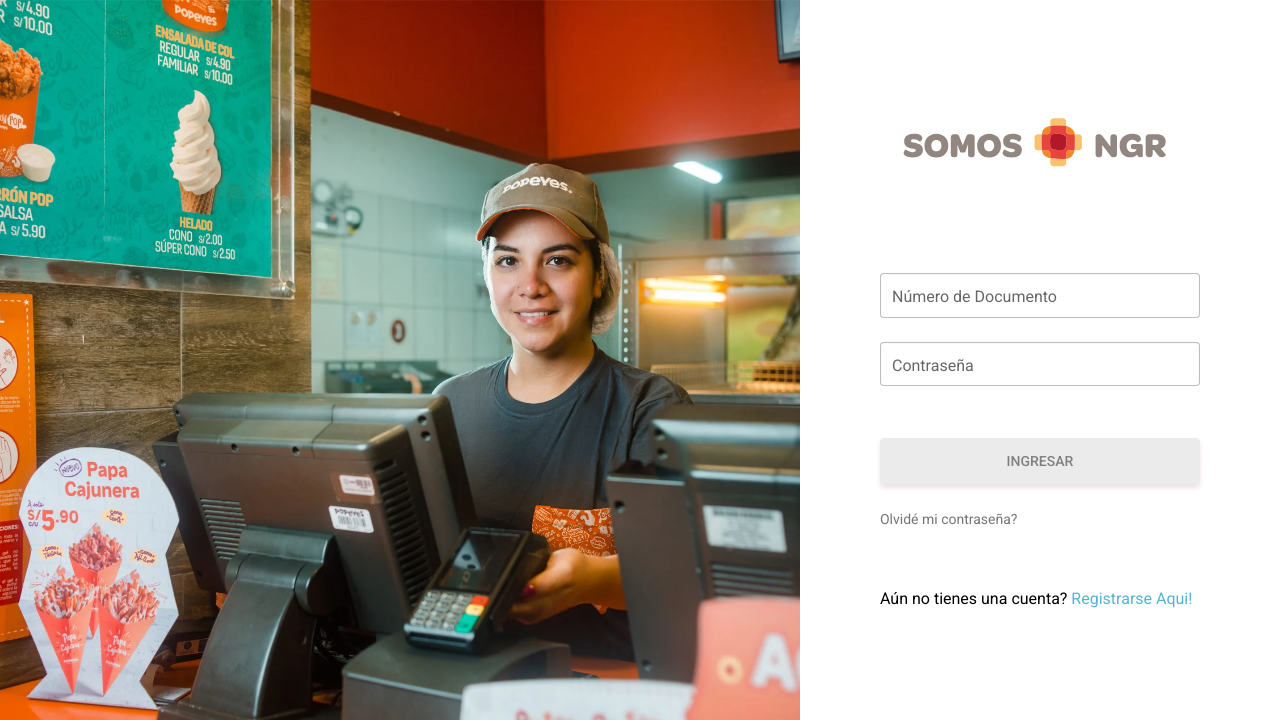
Repository: igmeMarcial/ProyectoLP-2023
Page: http://localhost/proyectoLP_2023/
These files come from the project's save history. The page is drawn as it stood at one moment and after the next save; the edit follows.
The browser window is 1280 px wide. The pictures show the whole page.
Some web libraries are served in a nearby version. The page is served by Tomcat 9. Other server files are loaded and not shown.

Above is the page before, as saved 2023-03-18 18:07:26.

### proyectoLP_2023/WebContent/index.jsp

<%@ page language="java" contentType="text/html; charset=ISO-8859-1"
    pageEncoding="ISO-8859-1"%>
<!DOCTYPE html>
<html lang="en">
<head>
    <meta charset="UTF-8">
    <meta http-equiv="X-UA-Compatible" content="IE=edge">
    <meta name="viewport" content="width=device-width, initial-scale=1.0">
    <link rel="icon" type="image/x-icon" href="favicon.ico">
    <link rel="preconnect" href="https://fonts.googleapis.com">
	<link rel="preconnect" href="https://fonts.gstatic.com" crossorigin>
	<link href="https://fonts.googleapis.com/css2?family=Poppins:wght@400;500;600;700&display=swap" rel="stylesheet">
	<!-- Font Awesome -->
	<link
	  href="https://cdnjs.cloudflare.com/ajax/libs/font-awesome/6.0.0/css/all.min.css"
	  rel="stylesheet"
	/>
	<!-- Google Fonts -->
	<link
	  href="https://fonts.googleapis.com/css?family=Roboto:300,400,500,700&display=swap"
	  rel="stylesheet"
	/>
	<link
	  href="https://cdnjs.cloudflare.com/ajax/libs/mdb-ui-kit/6.2.0/mdb.min.css"
	  rel="stylesheet"
	/>
	<title>SomosNGR</title>
	<link rel="stylesheet" type="text/css" href="./css/login.css" />
</head>
<body>
<section class="vh-100">
  	<div class="container-fluid p-0">
    <div class="row-login vh-100 ">
	   <div class="w-100 img-login  text-center">
	        <img src="./img/DSC_0005.webp"
	          alt="Login image" class="w-100 vh-100" style="object-fit: cover; object-position: center;">
	   </div>
      <div class="text-black">

        <div class="px-5 text-center mb-5">
          <img alt="logo" class="logo-app mt-4 mb-4  ng-lazyloaded" src="./img/logo-somosngr.svg">
        </div>

        <div class="d-flex align-items-center justify-content-center h-custom-2 px-5  mt-5 pt-5 pt-xl-0  ">

          <form style="width: 20rem;">

            <h3 class="fw-normal mb-3 pb-3" style="letter-spacing: 1px;"></h3>

            <div class="form-outline mb-4">
              <input type="email" id="input-custom" class="form-control form-control-lg " />
              <label class="form-label" for="form2Example18">Número de Documento</label>
            </div>

            <div class="form-outline mb-5">
              <input type="password" id="input-custom" class="form-control form-control-lg nput-custom"" />
              <label class="form-label" for="form2Example28">Contraseña</label>
            </div>

            <div class="pt-1 mb-4">
              <button class="btn  btn-lg btn-block btn-login" type="submit">Ingresar</button>
            </div>

            <p class="small mb-5 pb-lg-2"><a class="text-muted" href="#!">Olvidé mi contraseña?</a></p>
            <p class="createNewLink">Aún no tienes una cuenta?<a href="#!" class="link-info"> Registrarse Aqui!</a></p>

          </form>

        </div>

      </div>

    </div>
  </div>

</section>

<script
  type="text/javascript"
  src="https://cdnjs.cloudflare.com/ajax/libs/mdb-ui-kit/6.2.0/mdb.min.js"
></script>

</body>
</html>

### proyectoLP_2023/WebContent/css/login.css
.bg-image-vertical {
position: relative;
overflow: hidden;
background-repeat: no-repeat;
background-position: right center;
background-size: auto 100%;
}

@media (min-width: 1025px) {
.h-custom-2 {
height: 100%;
}
}


@media screen and (max-width: 1000px){
.img-login {
    display: none !important;
}
.row-login{
	display: grid;

    align-items: center;
    justify-items: center;
}

.row{
	align-items: center;
    justify-content: center;
}
}


.row-login {
    display: grid;
    align-items: center;
    justify-items: center;
}
@media screen and (min-width: 1000px){
	.row-login{
		grid-template-columns: 1.5fr .9fr;
	}
}
#input-custom{


    color: #a1a4b1!important;

}
#input-custom:focus{
	   border-color: #16ac96;
    box-shadow: inset 0 0 0 1px ##16ac96;
}
.btn-login{
	background: #ebebeb;
    color: grey;
        box-shadow: 0 4px 4px #dac9c180;
            transition: background-color .5s;
}
.btn:hover {
  cursor: pointer;
  color: grey  !important;
   box-shadow: 0 2px 2px #dac9c180;
   background-color: #ebebeb;
 }

### proyectoLP_2023/WebContent/img/logo-somosngr.svg
<svg width="273" height="53" viewBox="0 0 273 53" fill="none" xmlns="http://www.w3.org/2000/svg">
<g clip-path="url(#clip0)">
<path d="M175.779 18.5166H171.647C171.551 17.3772 171.394 16.4728 171.187 16.0078C169.882 13.0112 166.374 11.0696 163.09 10.2827V5.68425C163.09 5.27172 163.01 4.86323 162.854 4.48213C162.698 4.10104 162.469 3.7548 162.18 3.46322C161.892 3.17163 161.549 2.94041 161.172 2.78278C160.796 2.62514 160.392 2.54418 159.984 2.54451H150.414C149.591 2.54451 148.801 2.87522 148.219 3.46396C147.636 4.05271 147.309 4.8513 147.308 5.68425V10.2265C147.929 10.132 148.571 10.0605 149.24 10.0068C148.578 10.0605 147.929 10.132 147.308 10.2265C146.975 10.2776 146.646 10.3313 146.328 10.3977C141.489 11.4196 139.446 13.7597 138.91 18.5166H134.635C133.811 18.5166 133.02 18.8475 132.437 19.4368C131.854 20.026 131.526 20.8252 131.526 21.6588V31.3386C131.526 32.1723 131.854 32.9715 132.437 33.5607C133.02 34.15 133.811 34.4809 134.635 34.4809H138.971C138.971 34.4094 138.958 34.3353 138.951 34.2612C138.951 34.3353 138.951 34.4094 138.971 34.4809C139.512 39.621 143.105 41.5498 147.305 42.2932V47.303C147.306 48.1366 147.634 48.9359 148.217 49.5251C148.8 50.1143 149.59 50.4453 150.414 50.4453H159.981C160.389 50.4453 160.793 50.364 161.17 50.2061C161.547 50.0482 161.889 49.8167 162.178 49.525C162.466 49.2332 162.695 48.8868 162.851 48.5055C163.007 48.1243 163.088 47.7157 163.088 47.303V42.983L163.545 42.9396C168.412 42.4772 170.745 38.829 171.488 34.486H175.779C176.602 34.4854 177.392 34.154 177.974 33.5648C178.556 32.9756 178.883 32.1767 178.883 31.3438V21.6588C178.883 20.8259 178.556 20.027 177.974 19.4378C177.392 18.8486 176.602 18.5172 175.779 18.5166Z" fill="white" stroke="white" stroke-width="20" stroke-miterlimit="10"/>
<path d="M149.543 42.3289C148.785 42.2625 148.028 42.1654 147.308 42.0377V47.0475C147.309 47.8811 147.636 48.6803 148.219 49.2696C148.802 49.8588 149.593 50.1898 150.417 50.1898H159.984C160.392 50.1898 160.796 50.1085 161.173 49.9506C161.549 49.7926 161.892 49.5612 162.18 49.2694C162.469 48.9776 162.698 48.6312 162.854 48.25C163.01 47.8687 163.09 47.4601 163.09 47.0475V42.7275C158.797 43.1285 153.902 42.7862 149.543 42.334" fill="#FAC26F"/>
<path d="M160.014 9.65427C161.05 9.66171 162.082 9.78682 163.09 10.0273V5.42879C163.09 5.01625 163.01 4.60777 162.854 4.22667C162.698 3.84557 162.469 3.49934 162.18 3.20775C161.892 2.91617 161.549 2.68495 161.172 2.52731C160.795 2.36968 160.392 2.28871 159.984 2.28905H150.414C149.591 2.28905 148.801 2.61976 148.219 3.2085C147.636 3.79724 147.309 4.59584 147.308 5.42879V9.97106C151.233 9.37326 156.173 9.65427 160.014 9.65427Z" fill="#FAC26F"/>
<path d="M138.867 18.6698C138.883 18.5319 138.898 18.3965 138.91 18.2611H134.635C133.811 18.2611 133.02 18.5921 132.437 19.1813C131.854 19.7705 131.526 20.5697 131.526 21.4034V31.0832C131.526 31.9168 131.854 32.716 132.437 33.3053C133.02 33.8945 133.811 34.2255 134.635 34.2255H138.971C138.958 34.0952 138.943 33.97 138.933 33.8269C138.428 26.5562 138.521 22.4431 138.867 18.6698Z" fill="#FAC26F"/>
<path d="M175.779 18.2611H171.647C171.96 21.9629 171.75 28.2244 171.766 30.7383C171.772 31.9067 171.678 33.0735 171.485 34.2255H175.779C176.602 34.2248 177.392 33.8934 177.974 33.3042C178.556 32.715 178.883 31.9161 178.883 31.0832V21.4034C178.883 20.5704 178.556 19.7716 177.974 19.1823C177.392 18.5931 176.602 18.2618 175.779 18.2611Z" fill="#FAC26F"/>
<path d="M144.209 18.2611C145.033 18.2611 145.823 17.93 146.406 17.3407C146.988 16.7514 147.316 15.9522 147.316 15.1188V9.97105C146.982 10.0221 146.654 10.0758 146.336 10.1422C141.497 11.1641 139.453 13.5042 138.918 18.2611H144.222H144.209Z" fill="#F18925"/>
<path d="M163.09 15.1187C163.091 15.9515 163.418 16.75 164 17.339C164.582 17.9281 165.371 18.2597 166.194 18.261H171.647C171.551 17.1216 171.394 16.2173 171.187 15.7523C169.882 12.7556 166.374 10.8141 163.09 10.0272V15.1085V15.1187Z" fill="#F18925"/>
<path d="M166.194 34.2254C165.372 34.2274 164.584 34.5585 164.003 35.1463C163.421 35.7342 163.093 36.5309 163.09 37.3626V42.7275L163.547 42.684C168.414 42.2216 170.748 38.5735 171.49 34.2305H166.187L166.194 34.2254Z" fill="#F18925"/>
<path d="M147.308 37.3626C147.308 36.9499 147.228 36.5413 147.071 36.1601C146.915 35.7789 146.686 35.4325 146.398 35.1407C146.11 34.8489 145.767 34.6174 145.39 34.4595C145.013 34.3016 144.609 34.2203 144.201 34.2203H138.971C139.511 39.3604 143.105 41.2892 147.305 42.0326V37.3626H147.308Z" fill="#F18925"/>
<path d="M163.214 28.1656C163.229 30.9503 162.204 33.6991 159.208 33.9853C157.067 34.2152 154.584 34.0415 152.389 33.8141C149.864 33.5842 147.444 32.7743 147.222 29.6729C146.969 26.1295 147.022 24.1241 147.192 22.2898C147.414 19.8347 148.401 18.6442 150.823 18.1307C152.798 17.7322 155.46 17.8957 157.494 17.8957C159.355 17.8957 162.09 18.9176 162.936 20.8668C163.388 21.8351 163.209 26.5664 163.219 28.1656H163.214ZM171.652 18.2712H166.194C165.371 18.2699 164.582 17.9383 164 17.3492C163.418 16.7602 163.091 15.9617 163.09 15.129V10.0272C162.082 9.78332 161.05 9.65478 160.014 9.64399C156.173 9.64399 151.233 9.36297 147.308 9.96077V15.1085C147.308 15.5212 147.228 15.9298 147.071 16.311C146.915 16.6923 146.686 17.0387 146.398 17.3304C146.11 17.6222 145.767 17.8537 145.39 18.0116C145.013 18.1695 144.609 18.2508 144.201 18.2508H138.905C138.905 18.3862 138.878 18.5216 138.862 18.6596C138.519 22.4303 138.413 26.5459 138.928 33.8166C138.928 33.9546 138.953 34.0849 138.966 34.2152H144.209C145.033 34.2152 145.823 34.5462 146.406 35.1355C146.988 35.7248 147.315 36.5241 147.315 37.3575V42.0377C148.048 42.1654 148.795 42.2625 149.551 42.3289C153.91 42.7811 158.804 43.1235 163.098 42.7224V37.3626C163.098 36.5296 163.426 35.7309 164.007 35.1414C164.589 34.5519 165.378 34.2198 166.202 34.2177H171.505C171.697 33.0656 171.789 31.8988 171.781 30.7306C171.766 28.2218 171.975 21.9551 171.662 18.2534" fill="#E7443E"/>
<path d="M162.931 20.8566C162.085 18.915 159.347 17.8855 157.489 17.8855C155.455 17.8855 152.793 17.722 150.818 18.1205C148.394 18.6315 147.411 19.8245 147.187 22.2796C147.017 24.1139 146.967 26.1116 147.217 29.6627C147.439 32.7641 149.849 33.574 152.384 33.8039C154.584 34.0312 157.067 34.205 159.203 33.975C162.191 33.6889 163.224 30.94 163.209 28.158C163.209 26.5562 163.378 21.8248 162.926 20.8566" fill="#B31829"/>
</g>
<path d="M9.695 41.49C16.52 41.49 19.915 38.725 19.915 33.79C19.915 29.625 16.52 27.7 12.075 26.72C9.695 26.195 7.875 26.3 7.875 25.005C7.875 23.85 8.89 23.22 10.92 23.22C13.055 23.22 15.4 24.27 16.905 25.67C17.045 25.81 19.39 24.13 19.39 22.17C19.39 19.93 16.8 17.865 10.85 17.865C4.62 17.865 1.19 20.77 1.19 25.39C1.19 30.115 5.005 31.69 8.785 32.46C11.025 32.95 12.845 32.95 12.845 34.35C12.845 35.505 11.83 36.135 9.695 36.135C7.28 36.135 4.445 34.84 2.975 33.51C2.765 33.335 0.665 35.155 0.665 36.835C0.665 39.215 3.045 41.49 9.695 41.49ZM33.3862 41.49C40.3862 41.49 45.3562 36.555 45.3562 29.66C45.3562 22.8 40.3862 17.865 33.4212 17.865C26.4562 17.865 21.4512 22.8 21.4512 29.66C21.4512 36.59 26.4212 41.49 33.3862 41.49ZM33.4212 35.225C30.3762 35.225 28.3812 33.02 28.3812 29.66C28.3812 26.23 30.3412 24.06 33.3862 24.06C36.4312 24.06 38.4262 26.335 38.4262 29.66C38.4262 33.02 36.4312 35.225 33.4212 35.225ZM50.5851 41.175H51.7051C53.7351 41.175 54.4351 40.055 54.4351 37.92V28.505L56.7801 34.875C57.1651 35.785 57.0951 36.59 59.7201 36.59C62.3451 36.59 62.3801 35.75 62.6951 34.875L65.0401 28.225V37.92C65.0401 40.055 65.8801 41.175 67.8051 41.175H68.9251C70.9201 41.175 71.6551 40.055 71.6551 37.92V21.54C71.6551 19.335 70.5351 18.18 68.4351 18.18H66.4751C64.8651 18.18 64.1301 18.53 63.4651 20.07L59.7551 29.135L56.0801 20.07C55.4501 18.635 54.8201 18.18 52.9651 18.18H50.9701C48.9401 18.18 47.8201 19.335 47.8201 21.54V37.92C47.8201 40.055 48.6251 41.175 50.5851 41.175ZM86.0913 41.49C93.0913 41.49 98.0613 36.555 98.0613 29.66C98.0613 22.8 93.0913 17.865 86.1263 17.865C79.1613 17.865 74.1563 22.8 74.1563 29.66C74.1563 36.59 79.1263 41.49 86.0913 41.49ZM86.1263 35.225C83.0813 35.225 81.0863 33.02 81.0863 29.66C81.0863 26.23 83.0463 24.06 86.0913 24.06C89.1363 24.06 91.1313 26.335 91.1313 29.66C91.1313 33.02 89.1363 35.225 86.1263 35.225ZM108.645 41.49C115.47 41.49 118.865 38.725 118.865 33.79C118.865 29.625 115.47 27.7 111.025 26.72C108.645 26.195 106.825 26.3 106.825 25.005C106.825 23.85 107.84 23.22 109.87 23.22C112.005 23.22 114.35 24.27 115.855 25.67C115.995 25.81 118.34 24.13 118.34 22.17C118.34 19.93 115.75 17.865 109.8 17.865C103.57 17.865 100.14 20.77 100.14 25.39C100.14 30.115 103.955 31.69 107.735 32.46C109.975 32.95 111.795 32.95 111.795 34.35C111.795 35.505 110.78 36.135 108.645 36.135C106.23 36.135 103.395 34.84 101.925 33.51C101.715 33.335 99.6152 35.155 99.6152 36.835C99.6152 39.215 101.995 41.49 108.645 41.49Z" fill="#928681"/>
<path d="M195.55 41.175H196.145C198.14 41.175 199.19 40.055 199.19 37.92V28.89L207.485 39.635C208.43 40.755 208.92 41.175 210.6 41.175H211.16C212.91 41.175 213.995 40.09 213.995 37.92V21.435C213.995 19.3 212.98 18.18 211.055 18.18H210.46C208.43 18.18 207.415 19.3 207.415 21.435V30.395L199.295 19.825C198.315 18.67 197.79 18.18 196.145 18.18H195.48C193.66 18.18 192.575 19.265 192.575 21.435V37.92C192.575 40.055 193.59 41.175 195.55 41.175ZM233.984 38.48C234.544 40.615 236.049 41.175 237.449 41.175C238.709 41.175 239.794 40.685 239.794 40.475V30.99C239.829 28.96 239.409 28.015 237.379 28.015H231.219C229.014 28.015 227.929 28.435 227.929 30.43V30.745C227.929 32.67 229.014 33.16 231.219 33.16H233.564C233.214 34.98 231.604 36.135 229.119 36.135C225.969 36.135 223.694 33.72 223.694 30.01C223.694 26.335 226.214 23.85 229.434 23.85C231.429 23.85 233.249 24.725 234.474 26.265C234.649 26.51 237.974 25.635 237.974 23.115C237.974 20.105 234.684 17.865 229.014 17.865C221.559 17.865 216.624 22.8 216.624 29.66C216.624 36.45 220.859 41.35 227.404 41.35C230.554 41.35 232.759 40.23 233.984 38.48ZM249.578 28.96V23.675H252.448C254.653 23.675 255.668 24.585 255.668 26.335C255.668 28.015 254.618 28.96 252.518 28.96H249.578ZM257.803 32.425C261.023 31.515 262.703 29.1 262.703 25.81C262.703 20.945 259.553 18.355 253.253 18.355H246.253C243.943 18.355 242.648 19.72 242.648 22.275V37.115C242.648 39.67 243.698 41.175 245.623 41.175H246.603C248.633 41.175 249.683 40.02 249.683 37.92V33.965H250.978L254.163 38.2C255.633 40.23 256.718 41.175 258.888 41.175C261.898 41.175 263.123 39.04 262.913 38.76L257.803 32.425Z" fill="#928681"/>
<defs>
<clipPath id="clip0">
<rect width="118" height="53" fill="white" transform="translate(129)"/>
</clipPath>
</defs>
</svg>

After the next save:
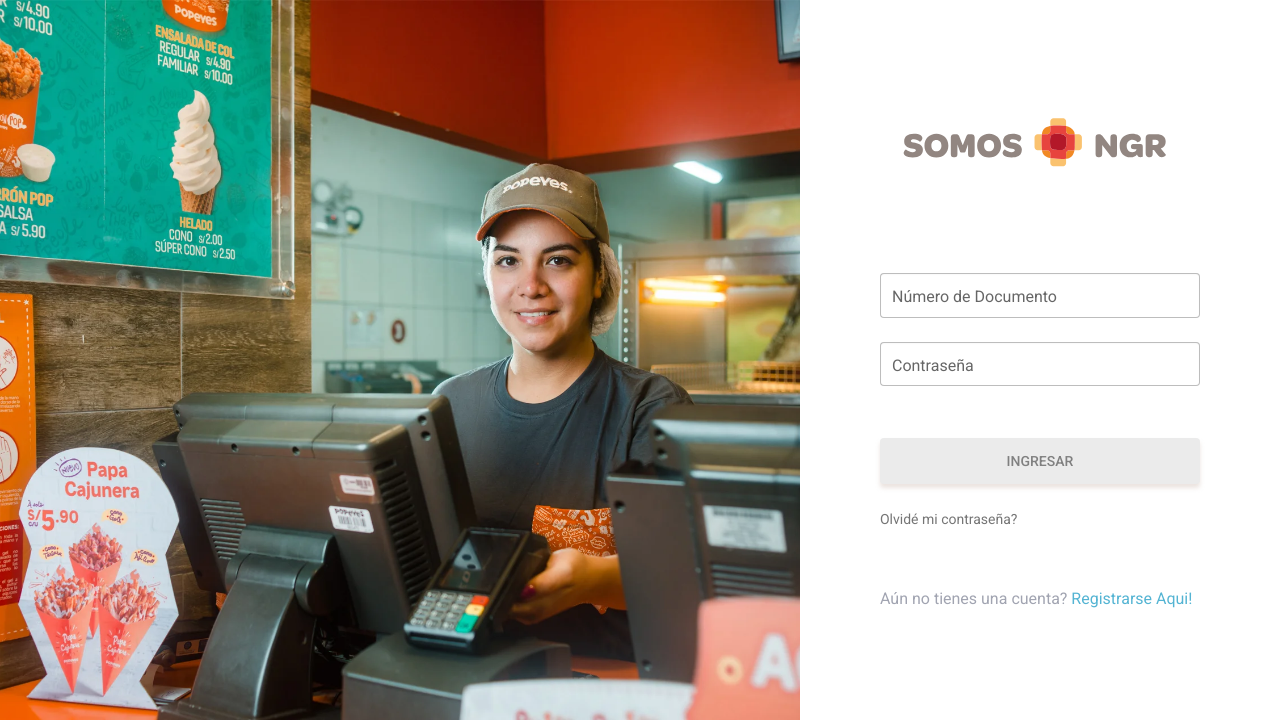
Saved 12 s later.
--- a/proyectoLP_2023/WebContent/css/login.css
+++ b/proyectoLP_2023/WebContent/css/login.css
@@ -63,3 +63,6 @@
    box-shadow: 0 2px 2px #dac9c180;
    background-color: #ebebeb;
  }
+ .createNewLink{
+ color: #a1a4b1;
+ }
